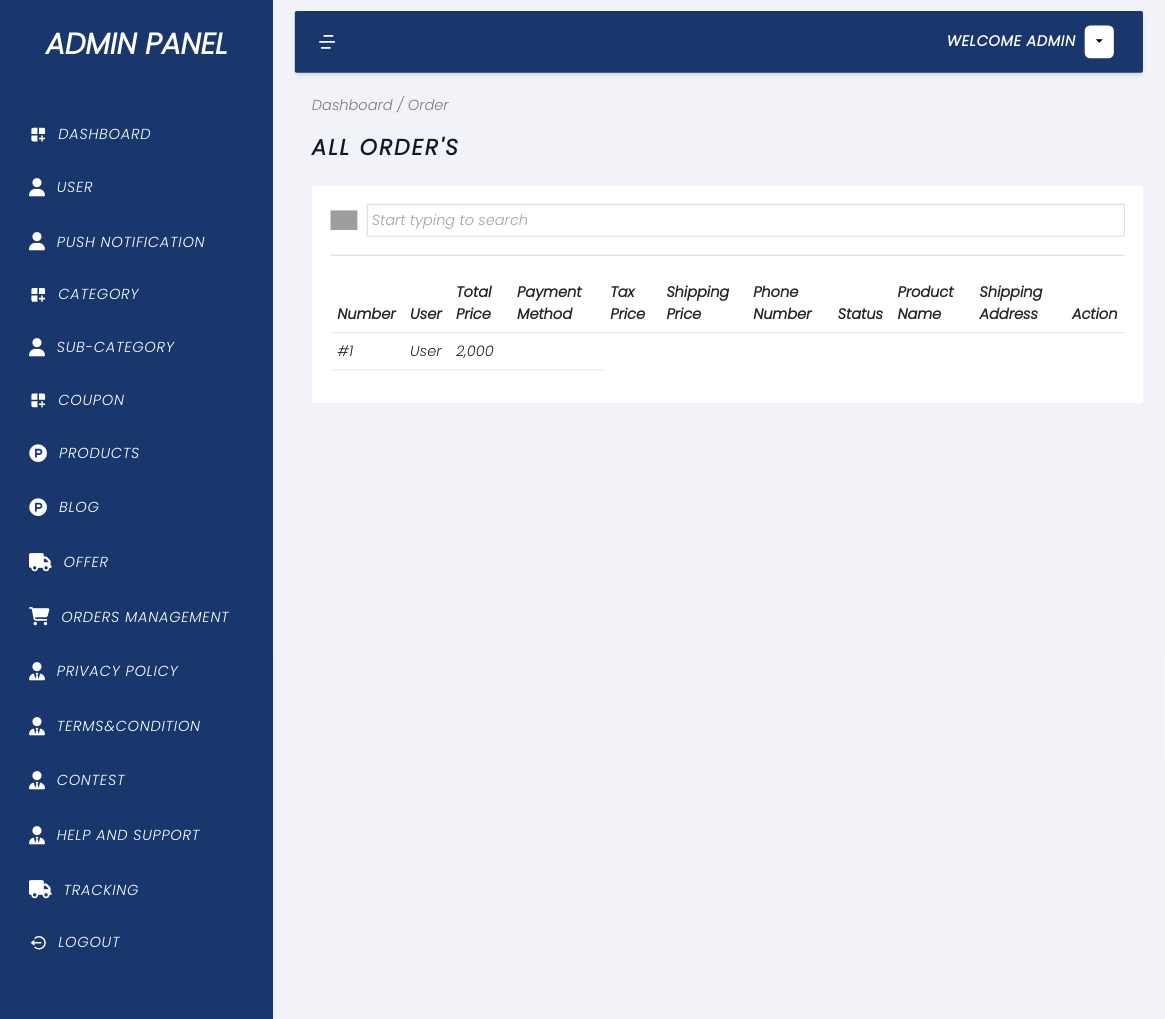
Repository: arpanmalik/project-khanna
Page: /Orders
The author's editor kept a copy of each file at every save. The page is drawn from the files as they stood at one save, then again after the next save.
The browser window is 1280 px wide. The pictures show the whole page, at 91% of full size.
Pictures or frames that could not be fetched are drawn as grey boxes. The page's requests for data from a server got no answer. Some web libraries are served in a nearby version. The project was rebuilt for these pictures with package versions that can differ from the ones it lists, and the page was loaded fresh each time. No one was signed in, and anything a server would have sent is missing. Also part of the build but not shown: src/E-CommerceAdmin/forms/Login.jsx, src/E-CommerceAdmin/pages/Dashboard.jsx, src/E-CommerceAdmin/pages/ECategory.js, src/E-CommerceAdmin/pages/EProduct.js, src/E-CommerceAdmin/pages/EVendorList.js, src/E-CommerceAdmin/pages/EAdminProduct.js, src/E-CommerceAdmin/pages/EAdminDelivery.js, src/E-CommerceAdmin/pages/EAdminCustomer.js and 11 more. Imported but missing from the stored project, and not drawn on this page: src/E-CommerceVendor/forms/EVendorLogin, src/E-CommerceVendor/pages/EVCategory, src/E-CommerceVendor/pages/EVCoupon, src/E-CommerceVendor/pages/EVDashboard, src/E-CommerceVendor/pages/EVOrders, src/E-CommerceVendor/pages/EVProduct, src/E-CommerceVendor/pages/EVSubCategory.

Above is the page before, as saved 2023-05-16 17:25:02.

After the next save:
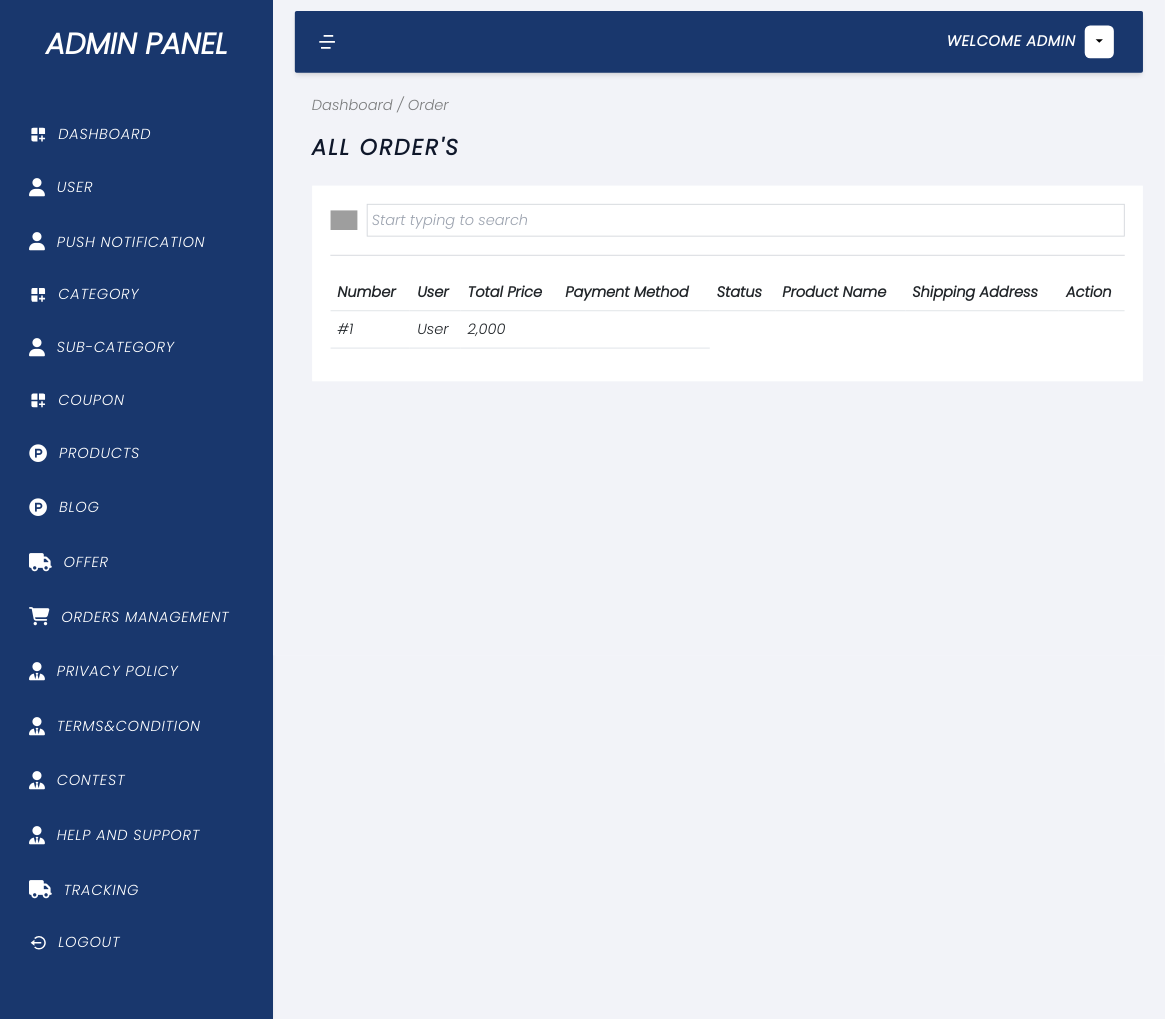
Saved 6 s later.
--- a/src/E-CommerceAdmin/pages/EAdminOrders.js
+++ b/src/E-CommerceAdmin/pages/EAdminOrders.js
@@ -124,9 +124,6 @@ const EAdminOrders = () => {
                   <th>User</th>
                   <th>Total Price</th>
                   <th>Payment Method</th>
-                  <th>Tax Price</th>
-                  <th>Shipping Price</th>
-                  <th>Phone Number</th>
                   <th>Status</th>
                   <th>Product Name</th>
                   <th>Shipping Address</th>
